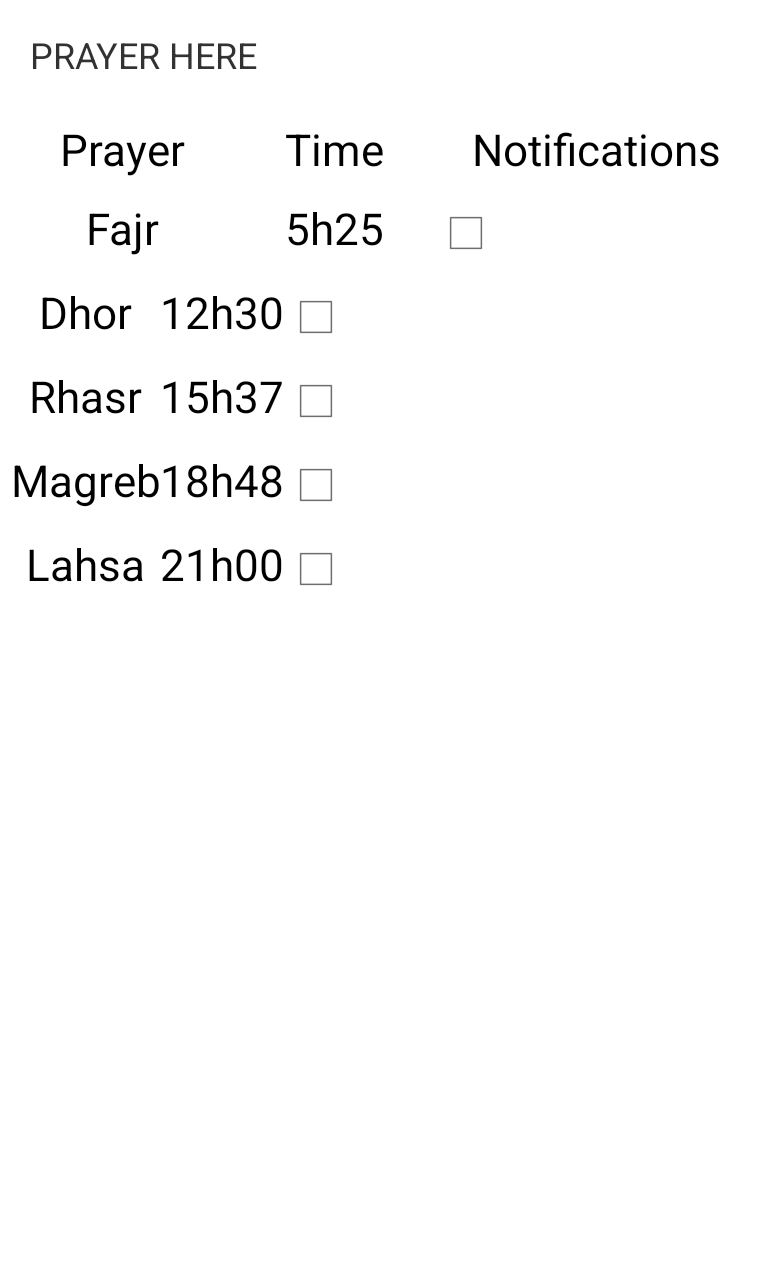
Repository: Osamah/Afstudeerwerk
Layout: NativeApp/SecondPillar/res/layout/activity_prayer.xml
These files come from the project's save history. The layout is drawn as it stood at one moment and after the next save; the edit follows.
It is drawn on a 768 x 1280 px phone screen (xhdpi) without system bars, with theme AppTheme; the app's code is not run.

Above is the layout before, as saved 2012-12-27 23:59:42.

### NativeApp/SecondPillar/res/layout/activity_prayer.xml
<?xml version="1.0" encoding="utf-8"?>
<LinearLayout
  xmlns:android="http://schemas.android.com/apk/res/android"
  android:orientation="vertical"
  android:layout_width="match_parent"
  android:layout_height="match_parent">

  <!-- Screen Design -->
  <TextView android:text="PRAYER HERE"
            android:padding="15dip"
            android:textSize="18dip"
            android:layout_width="fill_parent"
            android:layout_height="wrap_content"/>



  <TableLayout xmlns:android="http://schemas.android.com/apk/res/android"
    android:id="@+id/tblPrayer"
    android:layout_width="fill_parent"
    android:layout_height="fill_parent" >

  <!-- HEADER -->
 	<TableRow
        android:id="@+id/headerRow"
        android:layout_width="fill_parent"
        android:layout_height="wrap_content"
        android:padding="5dip" >

        <TextView
            android:id="@+id/headerCol1"
            android:text="@string/headerCol1"
            android:layout_weight="1"
            android:gravity="center"
            android:textAppearance="?android:attr/textAppearanceLarge" />

        <TextView
            android:id="@+id/headerCol2"
            android:text="@string/headerCol2"
            android:layout_weight="1"
            android:gravity="center"
            android:textAppearance="?android:attr/textAppearanceLarge" />

     	<TextView
            android:id="@+id/headerCol3"
            android:text="@string/headerCol3"
            android:layout_weight="1"
            android:gravity="center"
            android:textAppearance="?android:attr/textAppearanceLarge" />

  	</TableRow>

 	<!-- PRAYER 1 -->
    <TableRow
        android:id="@+id/fjarRow"
        android:layout_width="wrap_content"
        android:layout_height="wrap_content"
        android:padding="5dip" >

        <TextView
            android:id="@+id/prayer1"
            android:text="@string/prayer1"
            android:textAppearance="?android:attr/textAppearanceLarge"
            android:layout_weight="1"
            android:gravity="center"
            />

        <TextView
            android:id="@+id/prayerTime1"
            android:text="@string/prayerTime1"
            android:textAppearance="?android:attr/textAppearanceLarge"
            android:layout_weight="1"
            android:gravity="center"/>

        <CheckBox
            android:id="@+id/prayerNotification1"
            android:layout_weight="1"
            android:gravity="center"
        />
  	</TableRow>

    <!-- PRAYER 2 -->
    <TableRow
        android:id="@+id/dhorRow"
        android:layout_width="wrap_content"
        android:layout_height="wrap_content"
        android:padding="5dip" >

       <TextView
            android:id="@+id/prayer2"
            android:text="@string/prayer2"
            android:textAppearance="?android:attr/textAppearanceLarge"
            android:gravity="center"
            />

        <TextView
            android:id="@+id/prayerTime2"
            android:text="@string/prayerTime2"
            android:textAppearance="?android:attr/textAppearanceLarge"
            android:gravity="center"
            />

        <CheckBox
            android:id="@+id/prayerNotification2"
            android:gravity="center"
        />
  	</TableRow>

    <!-- PRAYER 3 -->
    <TableRow
        android:id="@+id/rhasrRow"
        android:layout_width="wrap_content"
        android:layout_height="wrap_content"
        android:padding="5dip" >

       <TextView
            android:id="@+id/prayer3"
            android:text="@string/prayer3"
            android:textAppearance="?android:attr/textAppearanceLarge"
            android:gravity="center" />

        <TextView
            android:id="@+id/prayerTime3"
            android:text="@string/prayerTime3"
            android:textAppearance="?android:attr/textAppearanceLarge"
            android:gravity="center" />

        <CheckBox
            android:id="@+id/prayerNotification3"
            android:gravity="center"
        />
  	</TableRow>

    <!-- PRAYER 4 -->
    <TableRow
        android:id="@+id/magrebRow"
        android:layout_width="wrap_content"
        android:layout_height="wrap_content"
        android:padding="5dip" >

        <TextView
            android:id="@+id/prayer4"
            android:text="@string/prayer4"
            android:textAppearance="?android:attr/textAppearanceLarge"
            android:gravity="center"
            />

        <TextView
            android:id="@+id/prayerTime4"
            android:text="@string/prayerTime4"
            android:textAppearance="?android:attr/textAppearanceLarge"
            android:gravity="center"
            />

        <CheckBox
            android:id="@+id/prayerNotification4"
            android:gravity="center"
        />
  	</TableRow>


    <!-- PRAYER 5 -->
    <TableRow
        android:id="@+id/lahsaRow"
        android:layout_width="wrap_content"
        android:layout_height="wrap_content"
        android:padding="5dip" >

  		 <TextView
            android:id="@+id/prayer5"
            android:text="@string/prayer5"
            android:textAppearance="?android:attr/textAppearanceLarge"
            android:gravity="center"
            />

        <TextView
            android:id="@+id/prayerTime5"
            android:text="@string/prayerTime5"
            android:gravity="center"
            android:textAppearance="?android:attr/textAppearanceLarge"
            />

        <CheckBox
            android:id="@+id/prayerNotification5"
            android:gravity="center"
            android:layout_width="wrap_content"
            android:layout_height="wrap_content"
        />
  	</TableRow>
    </TableLayout>


</LinearLayout>

### NativeApp/SecondPillar/res/values/strings.xml
<?xml version="1.0" encoding="utf-8"?>
<resources>

    <string name="app_name">Second Pillar</string>
    <string name="edit_message">Enter a message</string>
    <string name="button_send">Send</string>
    <string name="menu_settings">Settings</string>
    <string name="favorite">MyFavorite String</string>
    <string name="menu_search">Search</string>



    <string name="headerCol1">Prayer</string>
    <string name="headerCol2">Time</string>
    <string name="headerCol3">Notifications</string>

    <string name="prayer1">Fajr</string>
    <string name="prayer2">Dhor</string>
    <string name="prayer3">Rhasr</string>
    <string name="prayer4">Magreb</string>
    <string name="prayer5">Lahsa</string>

    <string name="prayerTime1">5h25</string>
    <string name="prayerTime2">12h30</string>
    <string name="prayerTime3">15h37</string>
    <string name="prayerTime4">18h48</string>
    <string name="prayerTime5">21h00</string>

</resources>

Loaded but not shown: NativeApp/SecondPillar/res/values/styles.xml (common file); NativeApp/SecondPillar/res/values-v11/styles.xml (common file); NativeApp/SecondPillar/res/values-v14/styles.xml (common file)

After the next save:
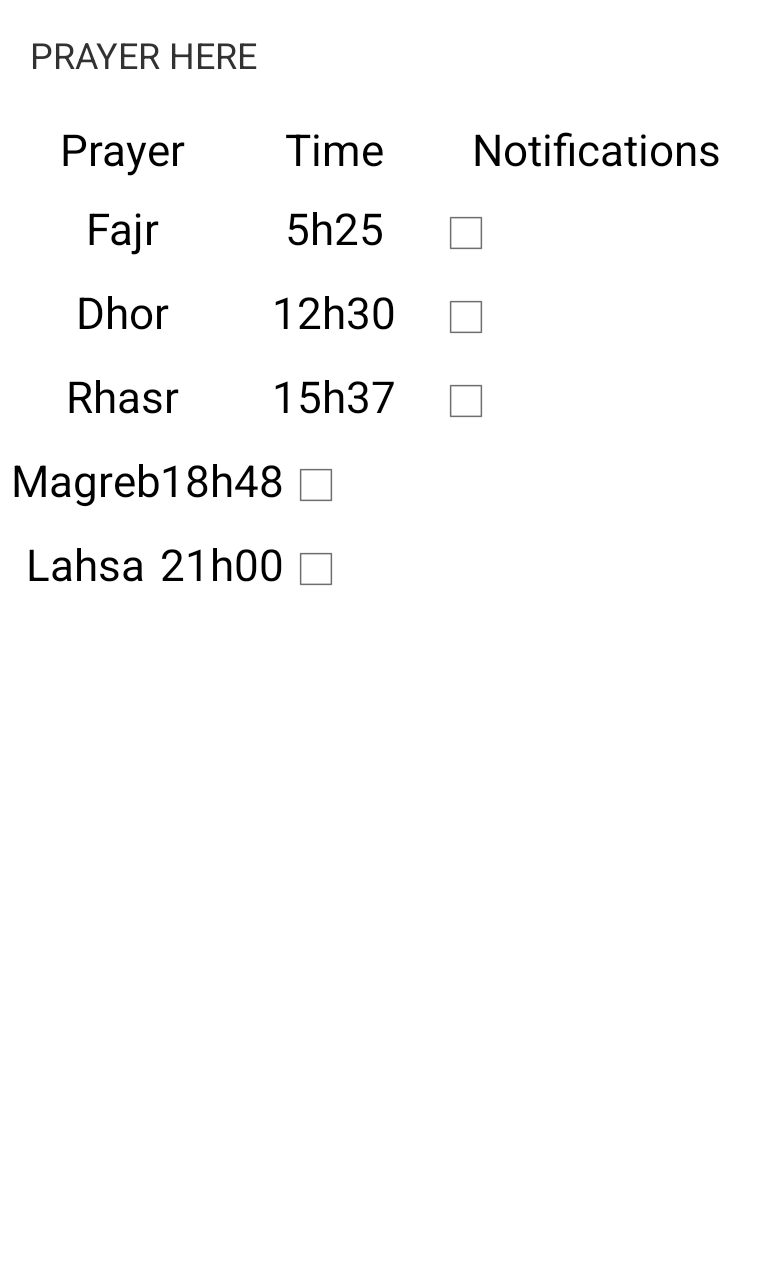
Saved 2 min 36 s later.
--- a/NativeApp/SecondPillar/res/layout/activity_prayer.xml
+++ b/NativeApp/SecondPillar/res/layout/activity_prayer.xml
@@ -89,6 +89,7 @@
             android:id="@+id/prayer2"
             android:text="@string/prayer2"
             android:textAppearance="?android:attr/textAppearanceLarge"
+            android:layout_weight="1"
             android:gravity="center"
             />
 
@@ -96,11 +97,13 @@
             android:id="@+id/prayerTime2"
             android:text="@string/prayerTime2"
             android:textAppearance="?android:attr/textAppearanceLarge"
+            android:layout_weight="1"
             android:gravity="center"
             />
 
         <CheckBox
             android:id="@+id/prayerNotification2"
+            android:layout_weight="1"
             android:gravity="center"
         />
   	</TableRow>
@@ -116,16 +119,21 @@
             android:id="@+id/prayer3"
             android:text="@string/prayer3"
             android:textAppearance="?android:attr/textAppearanceLarge"
-            android:gravity="center" />
+            android:layout_weight="1"
+            android:gravity="center"
+            />
 
         <TextView
             android:id="@+id/prayerTime3"
             android:text="@string/prayerTime3"
             android:textAppearance="?android:attr/textAppearanceLarge"
-            android:gravity="center" />
+            android:layout_weight="1"
+            android:gravity="center"
+            />
 
         <CheckBox
             android:id="@+id/prayerNotification3"
+            android:layout_weight="1"
             android:gravity="center"
         />
   	</TableRow>
